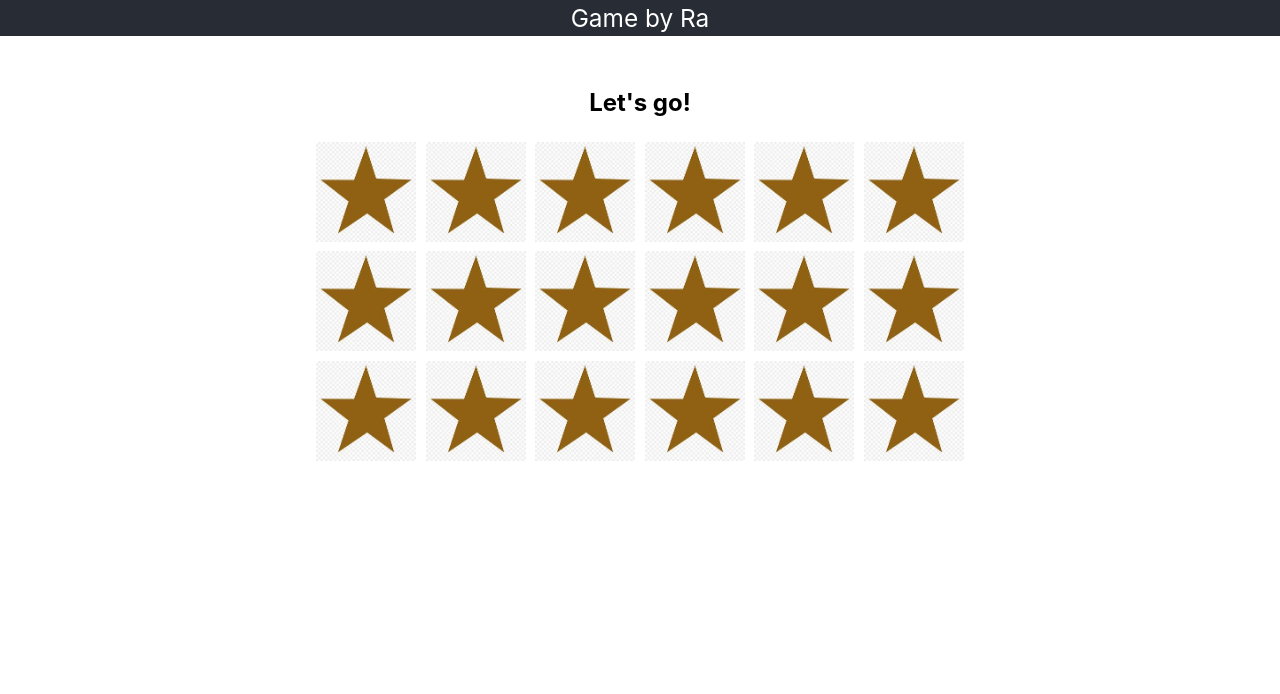
Repository: Sergioramasano/ramos-game
Page: /
These files come from the project's save history. The page is drawn as it stood at one moment and after the next save; the edit follows.
The browser window is 1280 px wide. The pictures show the whole page.
The project was rebuilt for these pictures with package versions that can differ from the ones it lists, and the page was loaded fresh each time.

Above is the page before, as saved 2021-02-11 15:03:48.

### public/index.html
<!DOCTYPE html>
<html lang="en">
  <head>
    <meta charset="utf-8" />
    <link rel="icon" href="%PUBLIC_URL%/favicon.ico" />
    <meta name="viewport" content="width=device-width, initial-scale=1" />
    <meta name="theme-color" content="#000000" />
    <meta
      name="description"
      content="Web site created using create-react-app"
    />
    <link rel="apple-touch-icon" href="%PUBLIC_URL%/logo192.png" />
    <link rel="manifest" href="%PUBLIC_URL%/manifest.json" />
    <title>Game by Ra</title>
  </head>
  <body>
    <noscript>You need to enable JavaScript to run this app.</noscript>
    <div id="root"></div>
  </body>
</html>

### src/App.js
import "./App.css";
import GameBox from "./components/GameBox/GameBox";

const App = () => {
  return (
    <div className="App">
      <header className="App-header">Game by Ra</header>
      <GameBox></GameBox>
    </div>
  );
};

export default App;

### src/App.css
.App {
  text-align: center;
}

.App-header {
  background-color: #282c34;
  height: 5vh;
  display: flex;
  flex-direction: column;
  align-items: center;
  justify-content: center;
  font-size: calc(10px + 2vmin);
  color: white;
}

### src/components/GameBox/GameBox.js
import React from "react";
import styles from "./Gamebox.module.css";
import age from "../../images/age.jpeg";
import av from "../../images/av.jpeg";
import hq from "../../images/hq.png";
import hs from "../../images/hs.png";
import jq from "../../images/jq.jpg";
import lk from "../../images/lk.jpg";
import sm from "../../images/sm.jpg";
import smm from "../../images/smm.png";
import knight from "../../images/knight.png";
import star from "../../images/star.jpeg";

const GameBox = () => {
  // const [count, setCount] = useState(0);
  let urls = [age, av, hq, hs, jq, lk, sm, smm, knight];
  urls = [...urls, ...urls];
  return (
    <main className={styles.gamebox}>
      <h2>Let's go!</h2>
      <section className={styles.wrap}>
        {urls.map((url) => {
          if (true) url = star;
          return (
            <div className={styles.card} key={Math.random()}>
              <img src={url} alt=""></img>{" "}
            </div>
          );
        })}
      </section>
    </main>
  );
};

export default GameBox;

### src/components/GameBox/Gamebox.module.css
.gamebox {
  height: 95vh;
  background: linear-gradient(15%, #ccc, #f6f6);
  padding: 2rem;
  box-sizing: border-box;
}

.wrap {
  margin: auto auto;
  max-width: 700px;
  height: auto;
  width: 100%;
  min-height: 300px;
  display: flex;
  flex-direction: row;
  justify-content: center;
  flex-wrap: wrap;
}

.card {
  display: block;
  width: 100px;
  height: 100px;
  margin: 0.3rem;
}

.card img {
  display: block;
  width: 100%;
  height: 100%;
}

Loaded but not shown: src/index.js (common file); src/index.css (common file)

After the next save:
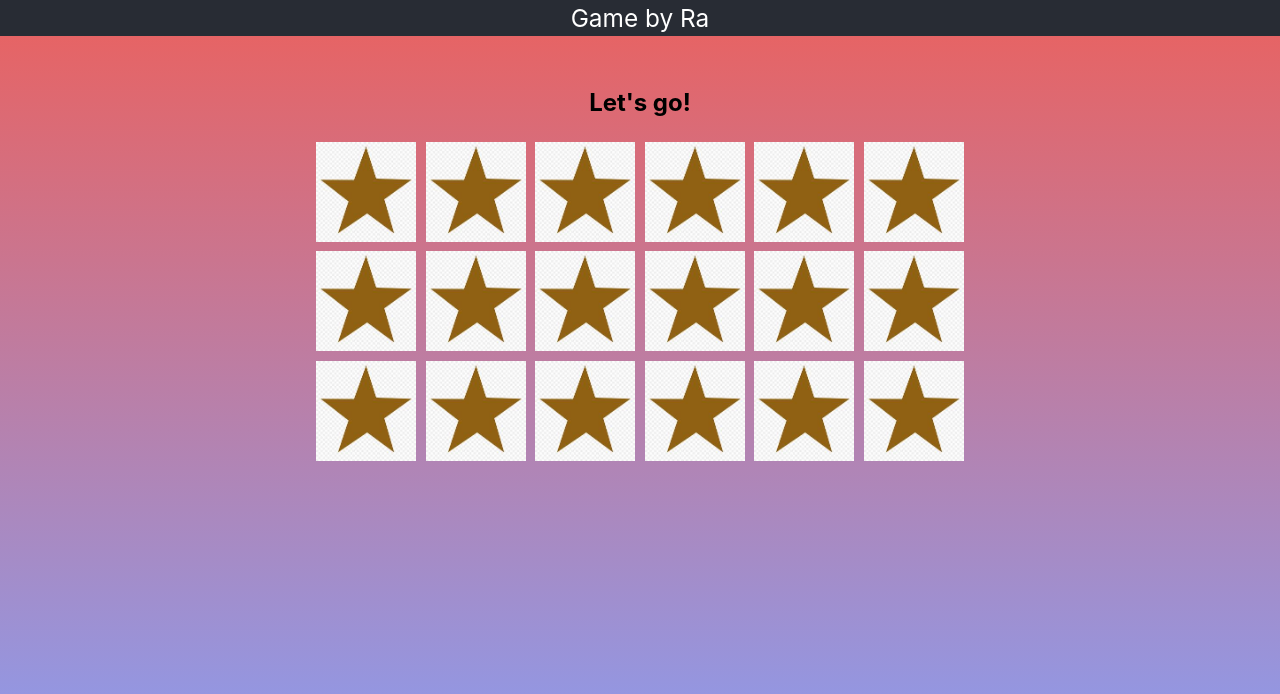
Saved 52 s later.
--- a/src/components/GameBox/Gamebox.module.css
+++ b/src/components/GameBox/Gamebox.module.css
@@ -1,6 +1,6 @@
 .gamebox {
   height: 95vh;
-  background: linear-gradient(15%, #ccc, #f6f6);
+  background: linear-gradient(#e66465, #9198e5);
   padding: 2rem;
   box-sizing: border-box;
 }
